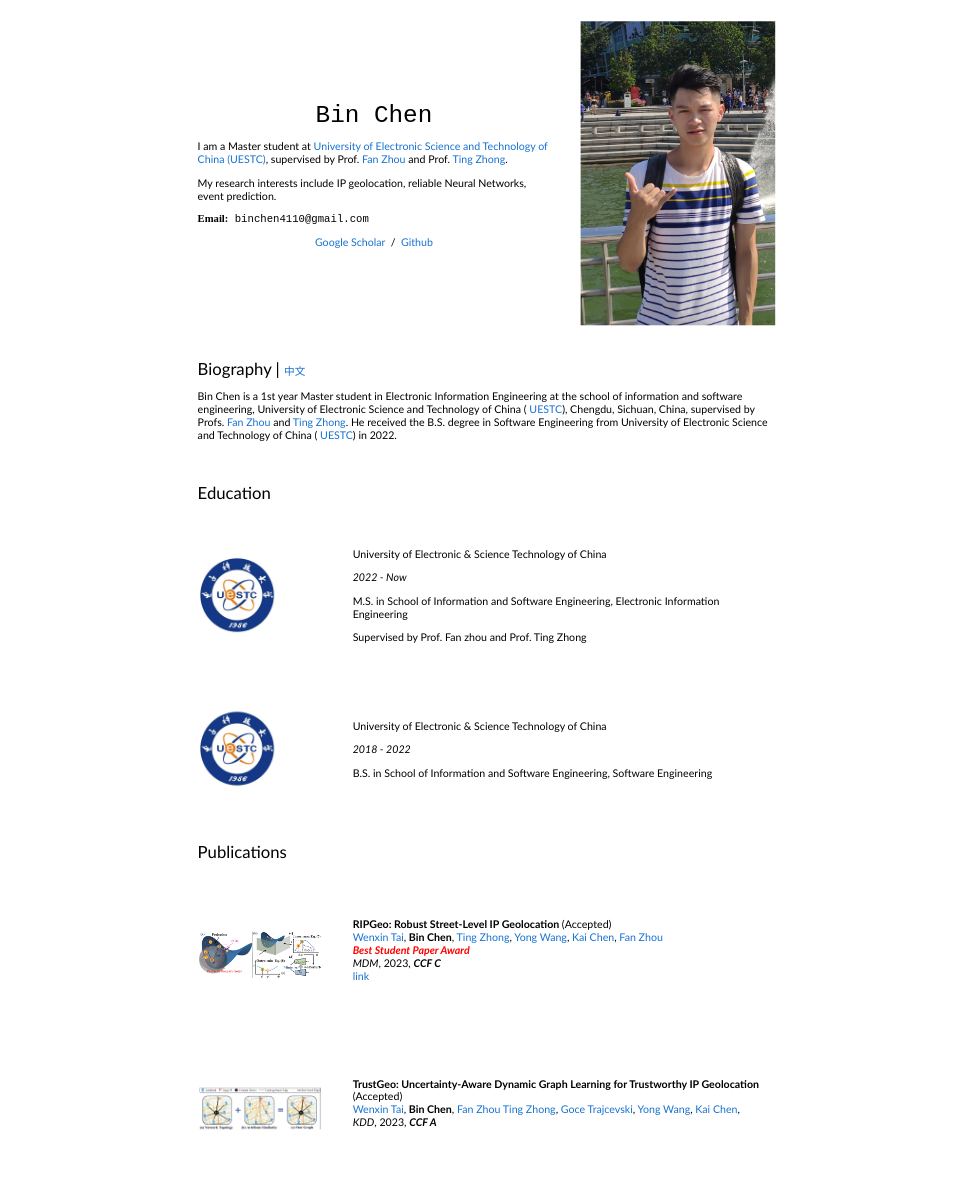
Repository: b1nchen/b1nchen.github.io
Page: index.html
These files come from the project's save history. The page is drawn as it stood at one moment and after a run of saves; the edit follows.
The browser window is 1280 px wide. The pictures show the part of the page from y = 0 to 1571 px (the page is 1939 px tall), at 76% of full size.
A picture or video elsewhere on the page could not be fetched, so the positions and the page height are approximate.

Above is the page before, as saved 2023-07-06 11:15:23.

After the next 2 saves:
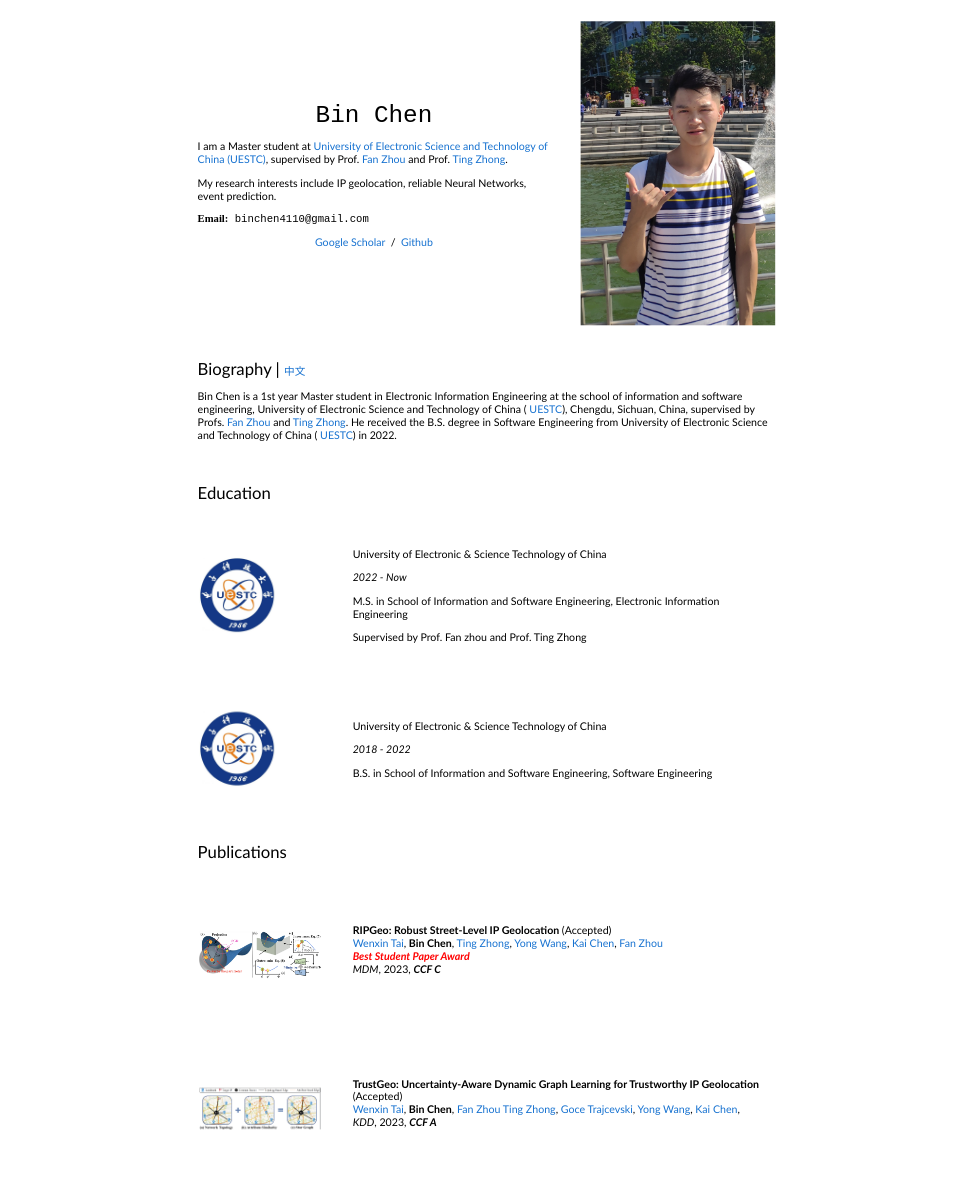
The 2 saves are shown as one change because they came seconds apart.
The last was saved 25 s later.
--- a/index.html
+++ b/index.html
@@ -186,7 +186,7 @@
                   <br>
                   <em>MDM</em>, 2023, <em><strong>CCF C</strong></em>
                   <br>
-                  <a href="https://drive.google.com/file/d/1PgxtmzdQAYr9Ti3rvHGgnyf05PbP-WwI/view?usp=drive_link">link</a>
+
                   <!-- <a href="https://ieeexplore.ieee.org/document/9747900">链接</a>,
                   <a href="https://youtu.be/uT1pEfHbo14">视频</a>,
                   <a href="papers/ICASSP_5513_poster.pdf">海报</a>,

After the 3 saves that followed:
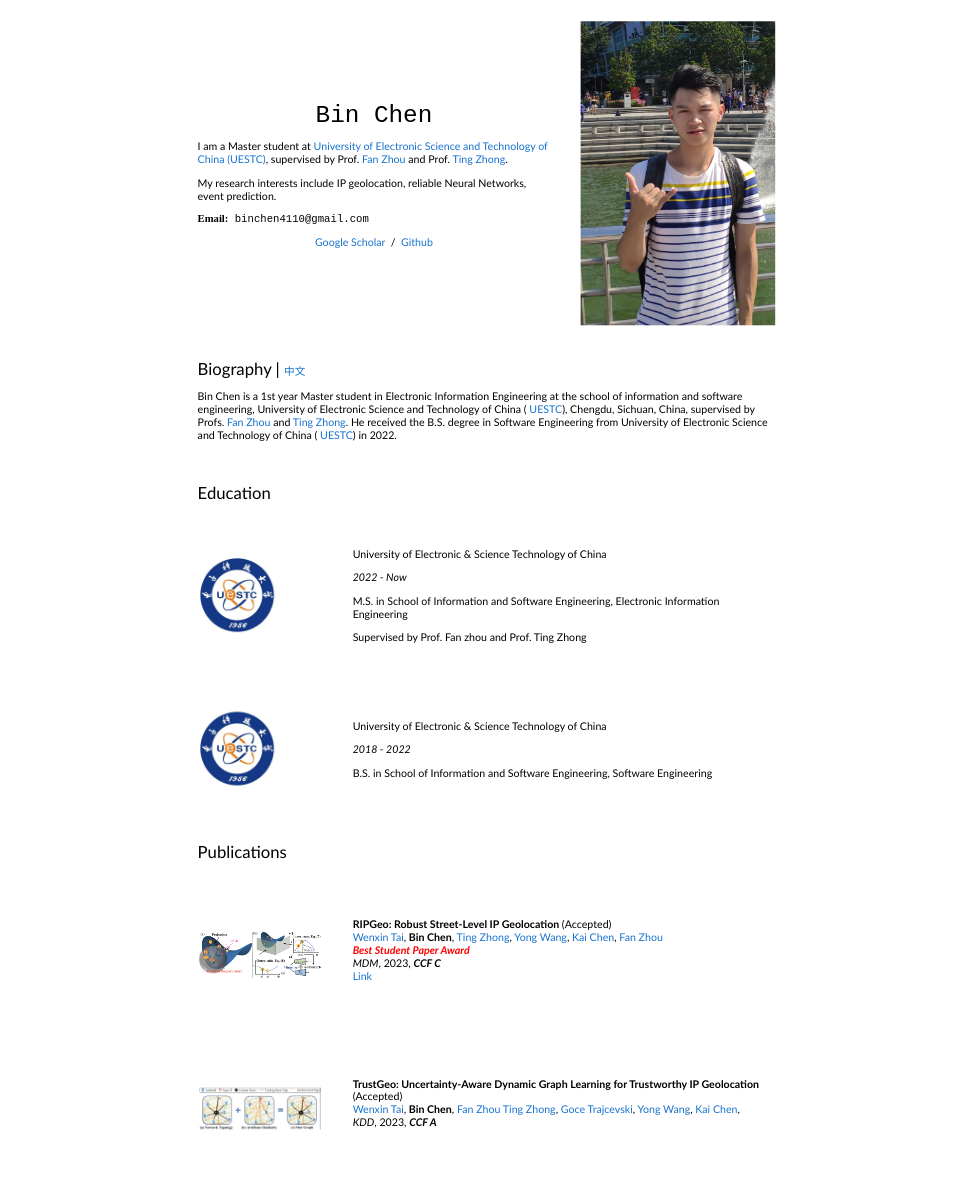
The 3 saves are shown as one change because they came seconds apart.
The last was saved 11 s later.
--- a/index.html
+++ b/index.html
@@ -186,7 +186,7 @@
                   <br>
                   <em>MDM</em>, 2023, <em><strong>CCF C</strong></em>
                   <br>
-
+                  <a href="https://drive.google.com/file/d/1PgxtmzdQAYr9Ti3rvHGgnyf05PbP-WwI/view?usp=drive_link">Link</a>
                   <!-- <a href="https://ieeexplore.ieee.org/document/9747900">链接</a>,
                   <a href="https://youtu.be/uT1pEfHbo14">视频</a>,
                   <a href="papers/ICASSP_5513_poster.pdf">海报</a>,
